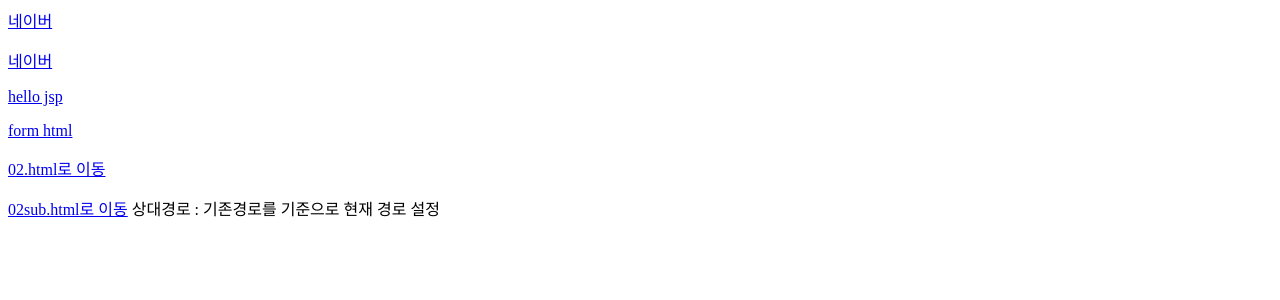
Repository: DrakeJU/eclipse-workspace
Page: Web/WebContent/atag.html
The author's editor kept a copy of each file at every save. The page is drawn from the files as they stood at one save, then again after the next save.
The browser window is 1280 px wide. The pictures show the whole page.

Above is the page before, as saved 2017-10-16 01:18:35.

After the next save:
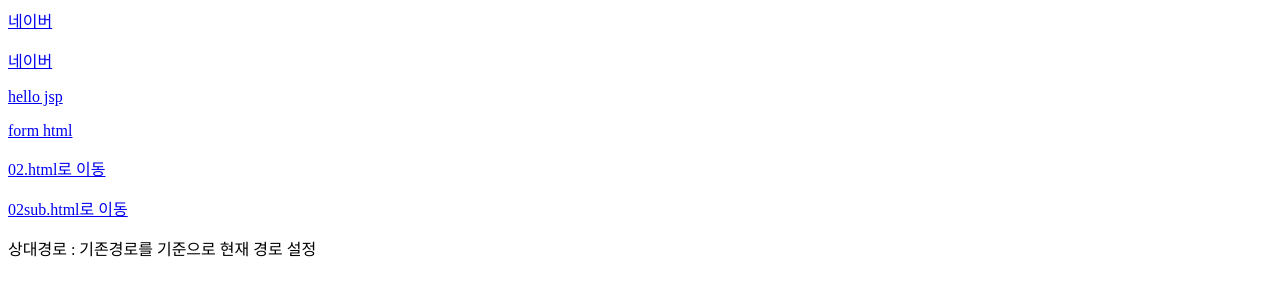
Saved 29 s later.
--- a/Web/WebContent/atag.html
+++ b/Web/WebContent/atag.html
@@ -16,7 +16,7 @@
 
 	<a href = "./02/02.html">02.html로 이동</a><p>
 
-	<a href = "./02_sub/02sub.html">02sub.html로 이동</a>
+	<a href = "./02_sub/02sub.html">02sub.html로 이동</a><p>
 
 	상대경로 : 기존경로를 기준으로 현재 경로 설정
 
